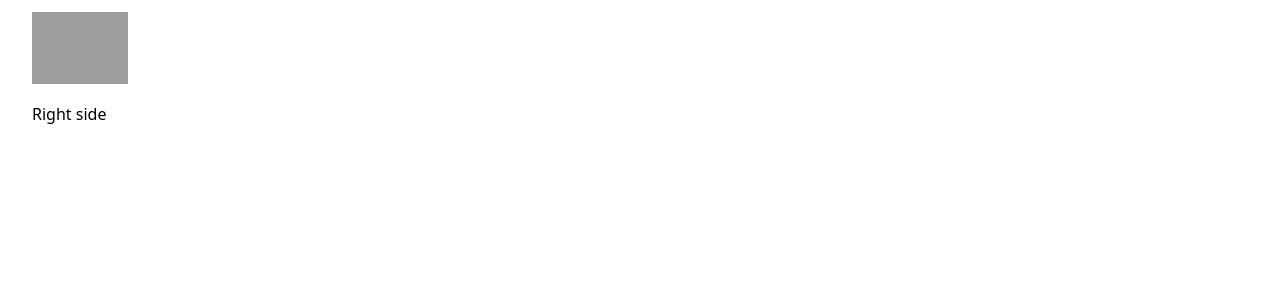
Repository: Mardoqueu/insta-v1
Page: /
An editor plug-in stored every save of this project. The page is shown before and after the next save, followed by the edit.
The browser window is 1280 px wide. The pictures show the whole page.
Pictures or frames that could not be fetched are drawn as grey boxes. The project was rebuilt for these pictures with package versions that can differ from the ones it lists, and the page was loaded fresh each time. The framework's server and built-in components were replaced by stand-ins that run in the browser. Also part of the build but not shown: next.config.js.

Above is the page before, as saved 2022-08-25 09:10:26.

After the next save:
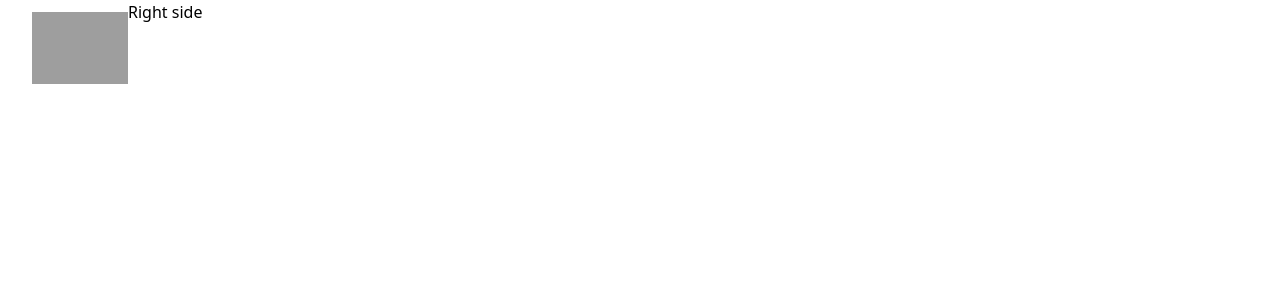
Saved 27 s later.
--- a/pages/components/Header.js
+++ b/pages/components/Header.js
@@ -3,9 +3,9 @@
 
 export default function Header() {
   return (
-    <div className='flex'>
+    <div className=''>
         {/*Left*/}
-        <div className="">
+        <div className="flex">
             <div className="cursor-pointer h-24 w-24 relative hidden lg:inline-grid">
             <Image
                 src="http://www.jennexplores.com/wp-content/uploads/2015/09/Instagram_logo_black.png"
